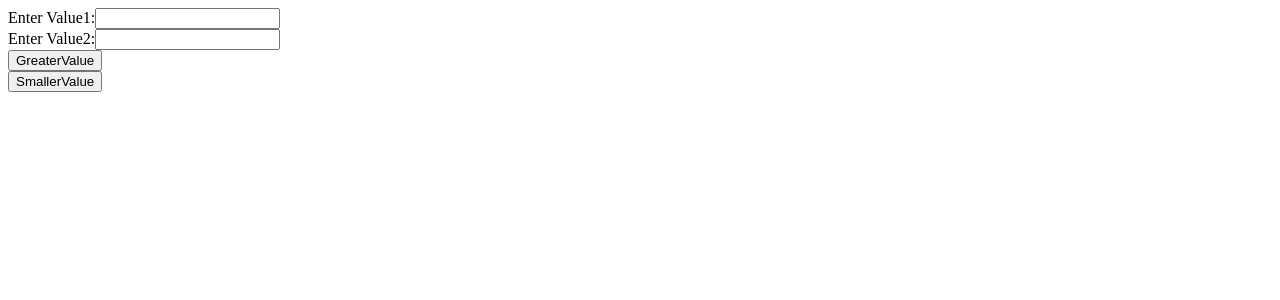
Repository: AjavinashAj/Ad_Java_Servlet
Page: App4_06_april/src/main/webapp/index.html
An editor plug-in stored every save of this project. The page is shown before and after the next save, followed by the edit.
The browser window is 1280 px wide. The pictures show the whole page.

Above is the page before, as saved 2023-04-06 14:00:47.

After the next save:
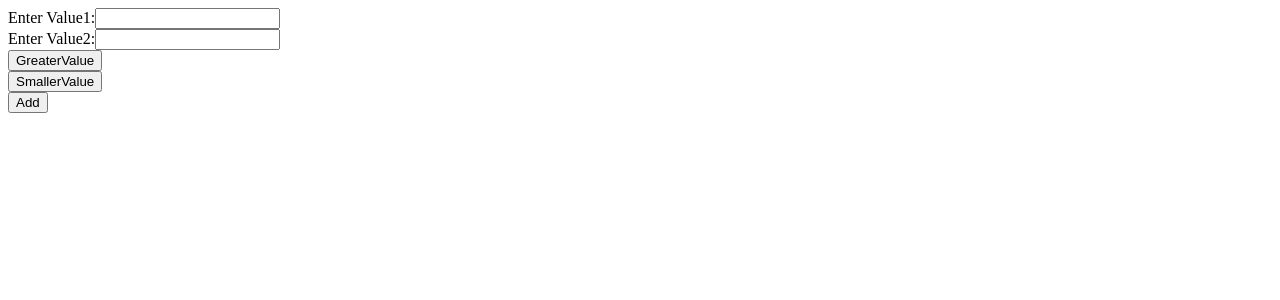
Saved 3 min 56 s later.
--- a/App4_06_april/src/main/webapp/index.html
+++ b/App4_06_april/src/main/webapp/index.html
@@ -10,6 +10,7 @@ Enter Value1:<input type="text" name="v1"><br>
 Enter Value2:<input type="text" name="v2"><br>
 <input type="submit" value="GreaterValue" name="s1"><br>
 <input type="submit" value="SmallerValue" name="s1"><br>
+<input type="submit" value="Add" name="s1"><br>
 </form>
 </body>
 </html>
